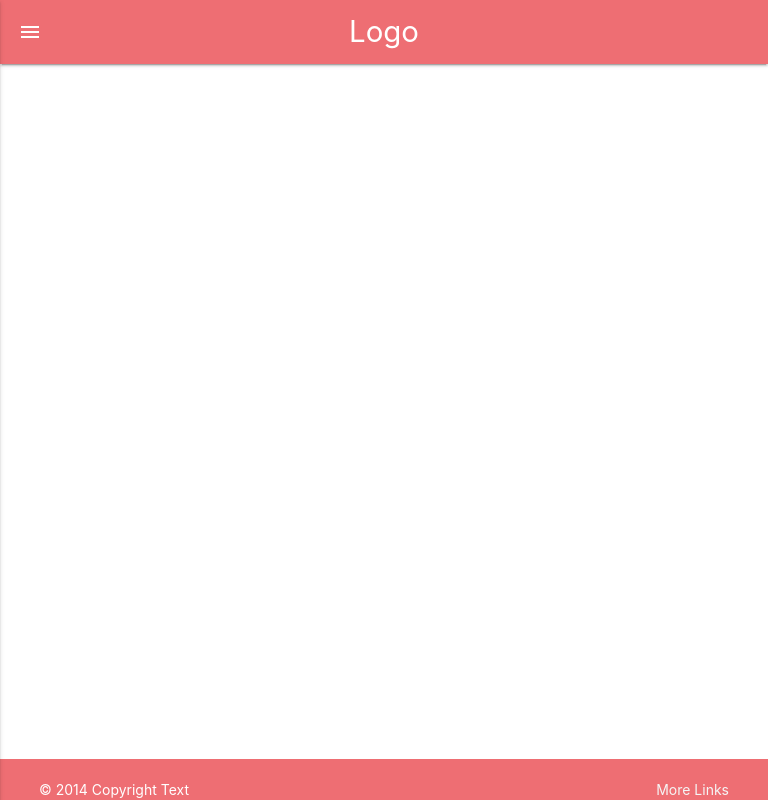
Repository: Lemoenskil/Milestone_project_3_Garden_planner
Page: http://localhost/
The author's editor kept a record of every edit. The page is drawn from the files as they stood at one moment, then again after the next edit.
The browser window is 768 px wide. The pictures show the whole page.
Some web libraries are served in a nearby version. The page is served by the project's application, run on Flask 3 (app.py). Queries for data that is not in the repository find no rows.

Above is the page before.

After the next edit:
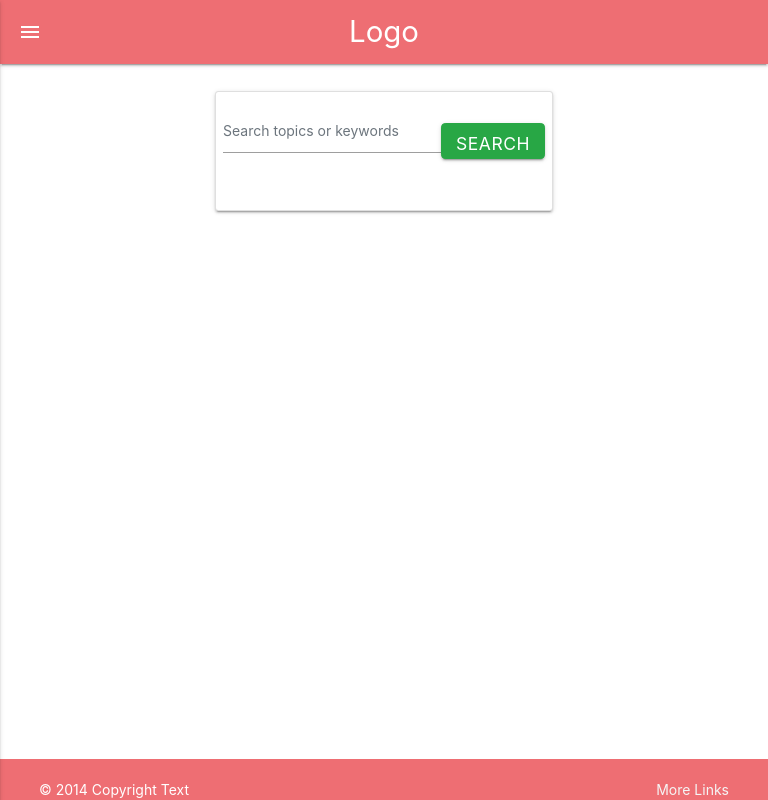
The edit:
--- a/static/css/style.css
+++ b/static/css/style.css
@@ -12,7 +12,7 @@
     margin: 3rem!important;
 }
 
-@media(max-width: 769px){
+/*@media(max-width: 769px){
   .card{
     display: none;
   }
@@ -23,4 +23,4 @@
  #carouselExampleIndicators {
     display: none;
   }
-}
+}*/
